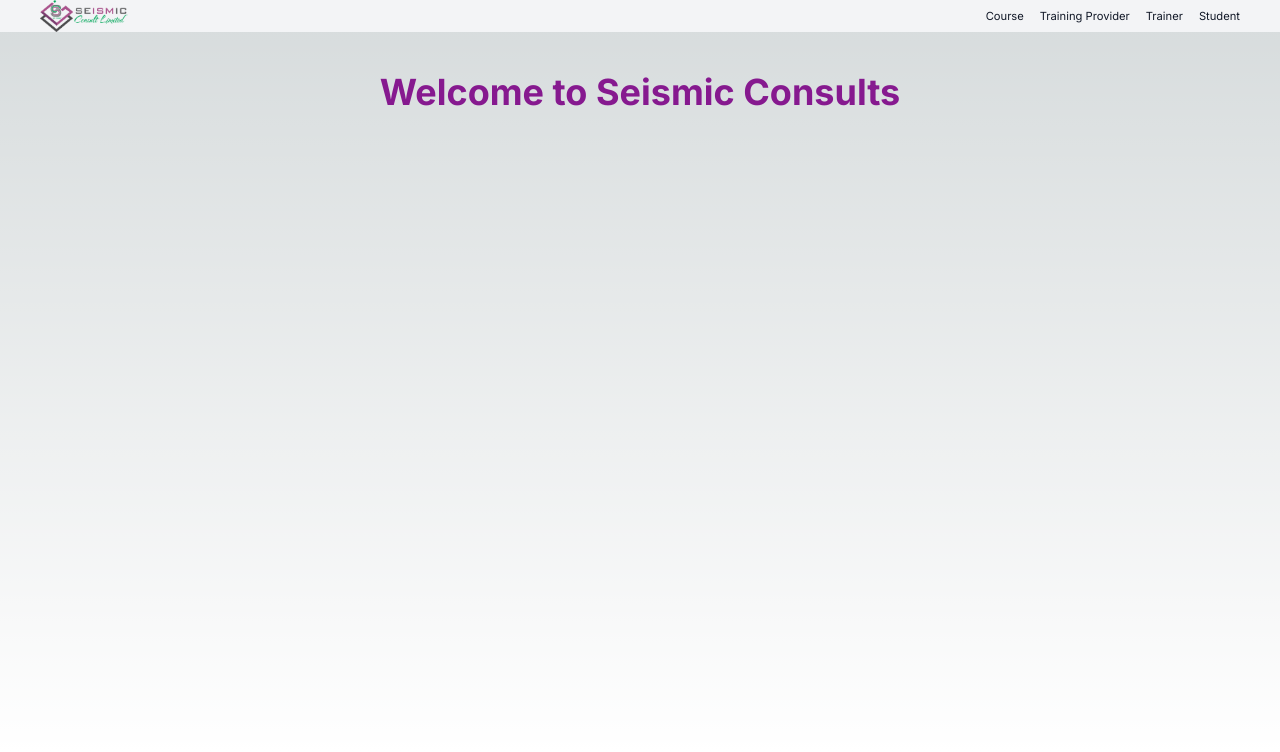
Repository: marcusdashe/seismicconsults-frontend
Page: /
These files come from the project's save history. The page is drawn as it stood at one moment and after the next save; the edit follows.
The browser window is 1280 px wide. The pictures show the whole page.
The project was rebuilt for these pictures with package versions that can differ from the ones it lists, and the page was loaded fresh each time. The framework's server and built-in components were replaced by stand-ins that run in the browser. Also part of the build but not shown: next.config.js.

Above is the page before, as saved 2023-08-01 19:15:35.

After the next save:
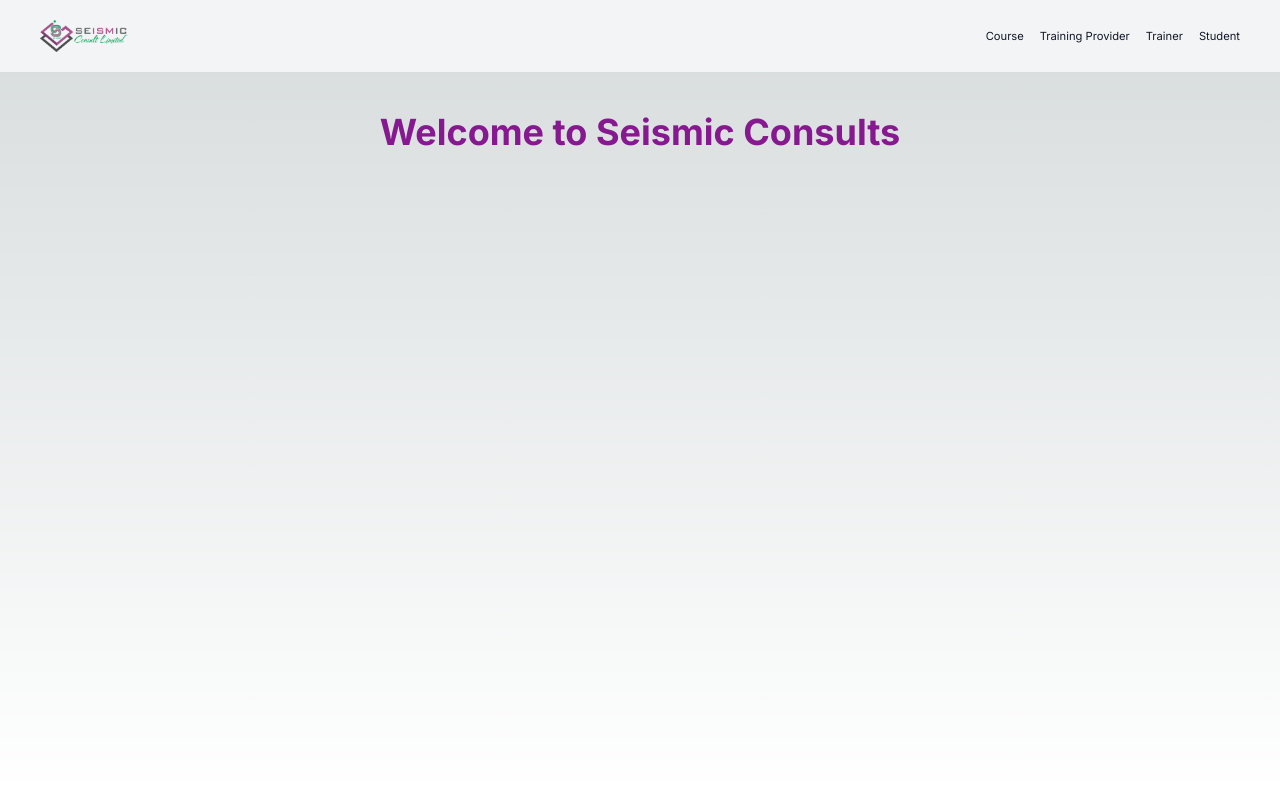
Saved 61 s later.
--- a/app/components/NavBar.tsx
+++ b/app/components/NavBar.tsx
@@ -2,7 +2,7 @@
 
 const NavBar = () => {
   return (
-    <nav className="flex justify-between items-center px-10 w-full text-[.7rem] bg-gray-100">
+    <nav className="flex justify-between items-center py-5 px-10 w-full text-[.7rem] bg-gray-100">
       <a href="/" className="text-gray-900">
         <img src="/seismic.png" alt="Logo" className="h-8 w-auto" />
       </a>
